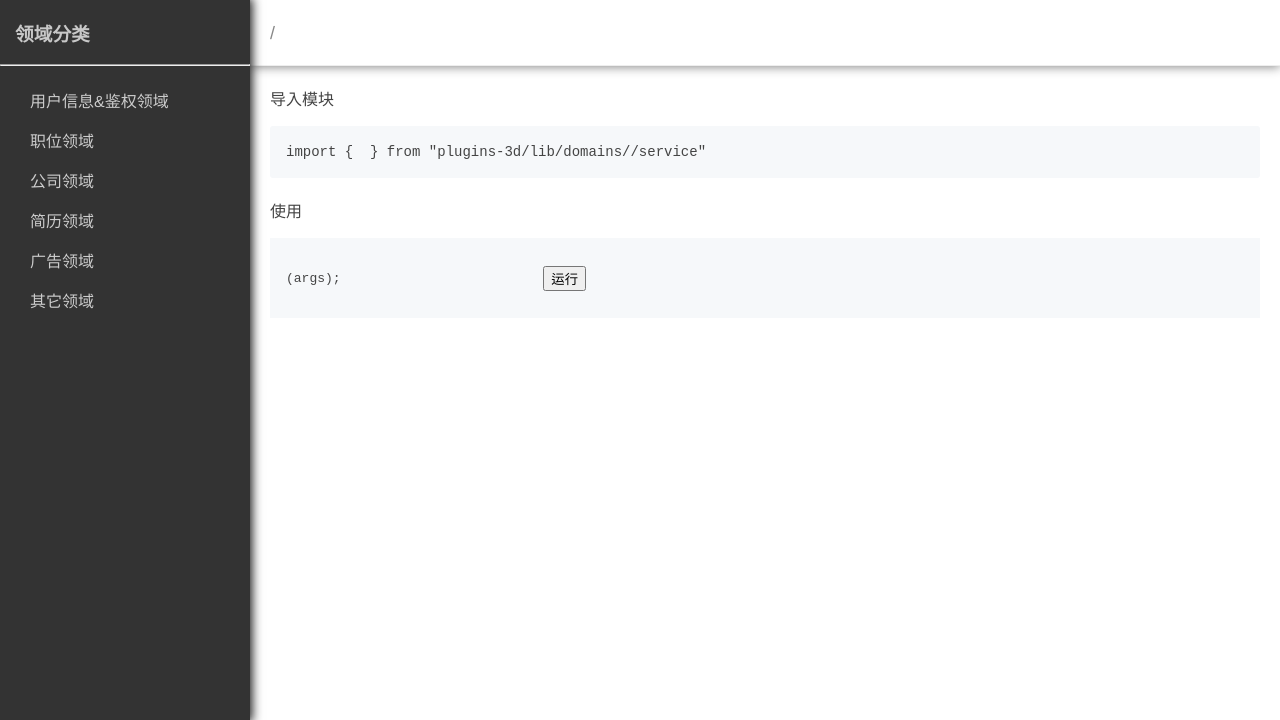
Repository: lsliangshan/inig-3d-doc
Page: /detail
An editor plug-in stored every save of this project. The page is shown before and after the next save, followed by the edit.
The browser window is 1280 px wide. The pictures show the whole page.
An inner scrolling area shows only its first screen. The project was rebuilt for these pictures with package versions that can differ from the ones it lists, and the page was loaded fresh each time. Also part of the build but not shown: vue.config.js, src/components/HelloWorld.vue, src/views/Home.vue, src/components/User.vue, src/components/Position.vue, src/components/Company.vue, src/components/Resume.vue, src/components/Ads.vue and 1 more. Imported but missing from the stored project, and not drawn on this page: ../plugins-3d/lib/domains/job/service, ../plugins-3d/lib/domains/user/service.

Above is the page before, as saved 2019-08-08 21:49:55.

### public/index.html
<!DOCTYPE html>
<html lang="en">
  <head>
    <meta charset="utf-8">
    <meta http-equiv="X-UA-Compatible" content="IE=edge">
    <meta name="viewport" content="width=device-width,initial-scale=1.0">
    <link rel="icon" href="<%= BASE_URL %>favicon.ico">
    <title>test-3d</title>
  </head>
  <body>
    <noscript>
      <strong>We're sorry but test-3d doesn't work properly without JavaScript enabled. Please enable it to continue.</strong>
    </noscript>
    <div id="app"></div>
    <!-- built files will be auto injected -->
  </body>
</html>

### src/App.vue
<template>
  <div id="app">
    <div class="nav">
      <h3>领域分类</h3>
      <hr>
      <ul>
        <li v-for="(domain, index) in menus"
            :key="index">
          <a href="javascript: void(0)"
             :class="{active: $route.params && (domain.name === $route.params.domain) }"
             @click="toggleMenu(index)">{{domain.label}}</a>
          <div class="sub_items"
               :style="{height: index === openedMenu ? (domain.children.length * 40 + (domain.children.length > 0 ? 20 : 0) + 'px') : 0}">
            <div class="sub_item_inner"
                 :style="{padding: domain.children.length > 0 ? '5px 15px' : '0'}">
              <div class="sub_item"
                   v-for="(item, index) in domain.children"
                   :key="index">
                <a href="javascript: void(0)"
                   :class="{active: $route.params.methods === item.name}"
                   @click="navigateTo(domain.name, item.name, item.params, item.label)">{{item.label}}</a>
              </div>
            </div>
          </div>
        </li>
      </ul>
    </div>
    <div class="content">
      <div class="inner">
        <router-view :params="currentParems" />
      </div>
    </div>
    <all-svgs></all-svgs>
  </div>
</template>
<script>
  export default {
    name: 'App',
    components: {
      AllSvgs: () => import('./Svgs')
    },
    data () {
      return {
        openedMenu: -1,
        activeSubMenu: '',
        currentParems: {},
        menus: [
          {
            label: '用户信息&鉴权领域',
            name: 'user',
            children: [
              {
                label: '登录',
                name: 'login',
                params: {
                  'username': {
                    type: 'String',
                    default: 'ls',
                    label: '用户名'
                  },
                  'password': {
                    type: 'String',
                    default: '123123',
                    label: '密码'
                  }
                }
              },
              {
                label: '注册',
                name: 'register',
                params: {}
              },
              {
                label: '获取用户详情',
                name: 'getUserDetail',
                params: {}
              }
            ]
          },
          {
            label: '职位领域',
            name: 'job',
            children: [
              {
                label: '获取职位详情',
                name: 'requestJobDetail',
                params: {
                  'number': {
                    type: 'String',
                    default: '',
                    label: '职位详情'
                  }
                }
              },
              {
                label: '获取相似职位',
                name: 'requestSimilarJobs',
                params: {
                  'number': {
                    type: 'String',
                    default: '',
                    label: '职位详情'
                  }
                }
              },
              {
                label: '获取在招职位',
                name: 'requestAreaJobs',
                params: {
                  'number': {
                    type: 'String',
                    default: '',
                    label: '职位详情'
                  }
                }
              },
              {
                label: '获取在招职位所在城市',
                name: 'requestAreaJobCity',
                params: {
                  'number': {
                    type: 'String',
                    default: '',
                    label: '职位详情'
                  }
                }
              },
              {
                label: '收藏职位',
                name: 'requestJobCollection',
                params: {
                  'number': {
                    type: 'String',
                    default: '',
                    label: '职位详情'
                  }
                }
              },
              {
                label: '投递职位',
                name: 'requestJobDeliver',
                params: {
                  'number': {
                    type: 'String',
                    default: '',
                    label: '职位详情'
                  }
                }
              },
              {
                label: '获取职位投递状态',
                name: 'requestJobDeliverStatus',
                params: {
                  'number': {
                    type: 'String',
                    default: '',
                    label: '职位详情'
                  }
                }
              },
              {
                label: '获取最佳雇主',
                name: 'requestBestEmployer',
                params: {
                  'number': {
                    type: 'String',
                    default: '',
                    label: '职位详情'
                  }
                }
              },
              {
                label: '获取最佳雇主评论',
                name: 'requestBestEmployerComment',
                params: {
                  'number': {
                    type: 'String',
                    default: '',
                    label: '职位详情'
                  }
                }
              },
              {
                label: '获取职位的小程序二维码',
                name: 'requestJobMpQrcode',
                params: {
                  'number': {
                    type: 'String',
                    default: '',
                    label: '职位详情'
                  }
                }
              }
            ]
          },
          {
            label: '公司领域',
            name: 'company',
            children: [

            ]
          },
          {
            label: '简历领域',
            name: 'resume',
            children: [

            ]
          },
          {
            label: '广告领域',
            name: 'ads',
            children: [

            ]
          },
          {
            label: '其它领域',
            name: 'other',
            children: [

            ]
          }
        ]
      }
    },
    created () {
      this.openedMenu = this.findOpenedMenuIndex()
      this.currentParems = this.findCurrentParams()
    },
    methods: {
      toggleMenu (index) {
        this.openedMenu = (this.openedMenu === index ? -1 : index)
      },
      findCurrentParams () {
        let i = 0
        let menus = this.menus
        let outParams = []
        for (i; i < menus.length; i++) {
          if (menus[i].name != this.$route.params.domain) {
            continue
          } else {
            for (let j = 0; j < menus[i].children.length; j++) {
              if (menus[i].children[j].name !== this.$route.params.methods) {
                continue
              } else {
                outParams = menus[i].children[j].params
                j = menus[i].children.length
              }
            }
          }
        }
        return outParams
      },
      findOpenedMenuIndex () {
        let i = 0
        let outIndex = -1
        let menus = this.menus
        for (i; i < menus.length; i++) {
          if (this.$route.params.domain === menus[i].name) {
            outIndex = i
            i = menus.length
          }
        }
        return outIndex
      },
      navigateTo (domain, methods, params, label) {
        this.currentParems = params
        document.title = label
        this.$router.replace({
          path: '/' + domain + '/' + methods
        })
      }
    }
  }
</script>

<style>
  body,
  html {
    width: 100%;
    height: 100%;
    padding: 0;
    margin: 0;
  }
  #app {
    font-family: "Avenir", Helvetica, Arial, sans-serif;
    -webkit-font-smoothing: antialiased;
    -moz-osx-font-smoothing: grayscale;
    color: #2c3e50;
    width: 100%;
    height: 100%;
    display: flex;
    flex-direction: row;
  }
  .nav {
    width: 250px;
    height: 100%;
    background-color: #333;
    box-shadow: 0 0 10px 2px #111;
    z-index: 2;
  }
  .nav h3 {
    padding: 0 15px;
    box-sizing: border-box;
    color: #c8c8c8;
  }
  .nav ul {
    height: calc(100% - 100px);
    overflow-y: auto;
  }
  .nav ul li {
    list-style: none;
  }
  .nav ul li {
    position: relative;
    /* height: 48px; */
    display: flex;
    flex-direction: column;
  }
  .nav ul li > a {
    line-height: 40px;
    color: #ccc;
    text-decoration: none;
    transition: color 0.1s ease-in-out;
  }
  .nav ul li > a:hover {
    color: #aaa;
  }
  .nav ul li > a.active {
    color: #42b983 !important;
  }
  .nav ul {
    padding-left: 30px;
  }
  .nav .sub_items {
    width: 100%;
    transition: all 0.25s cubic-bezier(0.215, 0.61, 0.355, 1);
    transform-origin: 50% 0;
    overflow: hidden;
  }
  .nav .sub_items .sub_item_inner {
    box-sizing: border-box;
    background-color: #383838;
    border-radius: 5px;
    box-shadow: 0 0 10px #303030 inset;
  }
  .nav .sub_items .sub_item_inner .sub_item > a {
    display: flex;
    font-size: 14px;
    color: #888;
    line-height: 40px;
    text-decoration: none;
    transition: all 0.1s linear;
  }
  .nav .sub_items .sub_item_inner .sub_item > a:hover {
    color: #ccc;
  }
  .nav .sub_items .sub_item_inner .sub_item > a.active {
    color: #42b983 !important;
    font-size: 15px;
  }

  .content {
    flex: 1;
    height: 100%;
    overflow-y: auto;
    /* padding: 15px; */
    box-sizing: border-box;
    display: flex;
    flex-direction: row;
    align-items: flex-start;
  }
  .content .inner {
    width: 100%;
    height: 100%;
  }
</style>

### src/router.js
import Vue from 'vue'
import Router from 'vue-router'
import Home from './views/Home.vue'
import DomainUser from './components/User'
import DomainPosition from './components/Position'
import DomainCompany from './components/Company'
import DomainResume from './components/Resume'
import DomainAds from './components/Ads'
import DomainOther from './components/Other'

import DomainDetail from './components/Detail'

Vue.use(Router)

export default new Router({
  mode: 'history',
  base: process.env.BASE_URL,
  routes: [
    {
      path: '/',
      redirect: '/user'
    },
    {
      path: '/user',
      name: 'DomainUser',
      // route level code-splitting
      // this generates a separate chunk (about.[hash].js) for this route
      // which is lazy-loaded when the route is visited.
      // component: () => import(/* webpackChunkName: "about" */ './components/User.vue')
      component: DomainUser
    },
    {
      path: '/position',
      name: 'DomainPosition',
      component: DomainPosition
    },
    {
      path: '/company',
      name: 'DomainCompany',
      component: DomainCompany
    },
    {
      path: '/resume',
      name: 'DomainResume',
      component: DomainResume
    },
    {
      path: '/ads',
      name: 'DomainAds',
      component: DomainAds
    },
    {
      path: '/other',
      name: 'DomainOther',
      component: DomainOther
    },
    {
      path: '/:domain/:methods',
      name: 'Detail',
      component: DomainDetail
    },
    {
      path: '/detail',
      name: 'Detail2',
      component: DomainDetail
    }
  ]
})

### src/Svgs.vue
<template>
  <svg xmlns="http://www.w3.org/2000/svg"
       xmlnsXlink="http://www.w3.org/1999/xlink"
       style="position: absolute; width: 0; height: 0">
    <defs>

      <symbol viewBox="0 0 1024 1024"
              id="copy">
        <path d="M672 832 224 832c-52.928 0-96-43.072-96-96L128 160c0-52.928 43.072-96 96-96l448 0c52.928 0 96 43.072 96 96l0 576C768 788.928 724.928 832 672 832zM224 128C206.368 128 192 142.368 192 160l0 576c0 17.664 14.368 32 32 32l448 0c17.664 0 32-14.336 32-32L704 160c0-17.632-14.336-32-32-32L224 128zM800 960 320 960c-17.664 0-32-14.304-32-32s14.336-32 32-32l480 0c17.664 0 32-14.336 32-32L832 256c0-17.664 14.304-32 32-32s32 14.336 32 32l0 608C896 916.928 852.928 960 800 960zM544 320 288 320c-17.664 0-32-14.336-32-32s14.336-32 32-32l256 0c17.696 0 32 14.336 32 32S561.696 320 544 320zM608 480 288.032 480c-17.664 0-32-14.336-32-32s14.336-32 32-32L608 416c17.696 0 32 14.336 32 32S625.696 480 608 480zM608 640 288 640c-17.664 0-32-14.304-32-32s14.336-32 32-32l320 0c17.696 0 32 14.304 32 32S625.696 640 608 640z"></path>
      </symbol>

      <symbol viewBox="0 0 1024 1024"
              id="play">
        <path d="M713.896 393.15l-240-158.691c-80.996-54.004-150-17.987-150 80.996v360c0 98.73 65.703 134.707 150 80.703l240-158.711c80.724-60 80.724-150 0-203.984v-0.313z"></path>
      </symbol>
    </defs>
  </svg>
</template>

### src/components/Detail.vue
<template>
  <div class="detail_container">
    <headers></headers>
    <div class="detail_content_container">
      <detail-content :params="params"></detail-content>
    </div>
    <!-- <p v-if="$route.params.domain">领域：{{$route.params.domain}}</p>
    <p v-if="$route.params.methods">方法：{{$route.params.methods}}</p> -->
  </div>
</template>
<style scoped>
  .detail_container {
    width: 100%;
    height: 100%;
  }
  .detail_content_container {
    width: 100%;
    height: calc(100% - 66px);
    box-sizing: border-box;
  }
</style>

<script>
  export default {
    name: 'Detail',
    components: {
      Headers: () => import('./parts/Headers.vue'),
      DetailContent: () => import('./parts/DetailContent.vue')
    },
    props: {
      params: {
        type: Object,
        default () {
          return {}
        }
      }
    },
    data () {
      return {}
    },
    mounted () {

    }
  }
</script>

### src/components/parts/Headers.vue
<template>
  <div class="detail_header">
    <a href="javascript: void(0)">{{$route.params.domain}} / {{$route.params.methods}}</a>
    <!-- <div class="detail_header_right">
      <div class="import_text"
           :class="{show: !miniScreen}"
           title="点击复制">
        import { {{$route.params.methods}} } from "plugins-3d/lib/domains/{{$route.params.domain}}/service"
      </div>
      <svg>
        <use xlink:href="#copy"></use>
      </svg>
    </div> -->
  </div>
</template>
<style scoped>
  .detail_header {
    position: sticky;
    top: 0;
    width: 100%;
    height: 66px;
    background-color: #fff;
    box-shadow: 0 1px 10px #888;
    padding: 0 20px;
    box-sizing: border-box;
    border-bottom: 1px solid #eee;
    display: flex;
    flex-direction: row;
    align-items: center;
    justify-content: space-between;
  }
  .detail_header a {
    max-width: 320px;
    height: 66px;
    font-size: 18px;
    color: #888;
    line-height: 40px;
    text-decoration: none;
    display: inline-flex;
    flex-direction: row;
    align-items: center;
    justify-content: flex-start;
  }
  .detail_header_right {
    height: 66px;
    width: calc(100% - 320px);
    display: inline-flex;
    flex-direction: row;
    align-items: center;
    justify-content: flex-end;
  }
  .import_text {
    max-width: 80%;
    margin-right: 15px;
    color: #888;
    text-align: right;
    transition: all 0.03s ease-in-out;
    opacity: 0;
  }
  .import_text.show {
    opacity: 1;
  }
  .detail_header_right svg {
    width: 24px;
    height: 24px;
    fill: #888;
    transition: all 0.2s linear;
    cursor: pointer;
  }
  .detail_header_right svg:hover {
    fill: #333;
  }
</style>

<script>
  export default {
    name: 'DetailHeader',
    props: {},
    data () {
      return {
        miniScreen: true
      }
    },
    mounted () {
      window.addEventListener('resize', this.resetMiniScreen, false)
    },
    methods: {
      resetMiniScreen () {
        this.miniScreen = (document.documentElement.offsetWidth < 1200)
      }
    }
  }
</script>

### src/components/parts/DetailContent.vue
<template>
  <div class="detail_container">
    <div class="highlight">
      <p>导入模块</p>
      <div class="highlight_code">
        <pre>import { {{$route.params.methods}} } from "plugins-3d/lib/domains/{{$route.params.domain}}/service"</pre>
        <svg>
          <use xlink:href="#copy"></use>
        </svg>
      </div>
    </div>
    <div class="highlight">
      <p>使用</p>
      <!-- <pre>{{JSON.stringify(params, null, 2)}}</pre> -->
      <div class="form_container">
        <form class="methods_form"
              action="javascript:void(0)">
          <div class="form_item"
               v-for="(value, key) in params"
               :key="key">
            <label :for="key">{{value.label}}
              <!-- <pre style="display: inline;">&#9;</pre> -->
            </label>
            <input type="text"
                   class="custom_input"
                   :id="key"
                   :value="value.default"
                   :placeholder="'请输入' + value.label"
                   :name="key" />
          </div>
          <div class="form_footer">
            <code>{{$route.params.methods}}(args);</code>
            <button>运行</button>
          </div>
        </form>
      </div>
    </div>
    <div class="detail_content"
         style="height: 2000px;"></div>
  </div>
</template>
<style scoped>
  .detail_container {
    width: 100%;
    height: 100%;
    color: #444;
    overflow: auto;
  }
  .import_text {
    position: sticky;
    left: 0;
    top: 0;
    width: 100%;
    height: 48px;
    padding: 0 20px;
    box-sizing: border-box;
    display: flex;
    flex-direction: row;
    align-items: center;
    justify-content: flex-start;
    background-color: #ffffff;
  }
  .highlight {
    padding: 0 20px;
    margin-top: 20px;
    box-sizing: border-box;
  }
  .highlight_code {
    position: relative;
  }
  .highlight_code pre {
    background-color: #f6f8fa;
    border-radius: 3px;
    font-size: 14px;
    line-height: 1.45;
    overflow: auto;
    padding: 16px;
  }
  .highlight_code svg {
    fill: #444;
    position: absolute;
    top: 5px;
    right: 5px;
    width: 20px;
    height: 20px;
    display: flex;
    flex-direction: row;
    align-items: center;
    justify-content: center;
    cursor: pointer;
    opacity: 0;
    transition: all 0.2s ease-in-out;
  }
  .highlight_code:hover svg {
    opacity: 1;
  }

  .form_container {
    width: 100%;
    padding: 16px;
    box-sizing: border-box;
    background-color: #f6f8fa;
  }
  .methods_form {
    width: 300px;
    display: flex;
    flex-direction: column;
  }
  .methods_form .form_item {
    width: 100%;
    margin: 10px 0;
    display: flex;
    flex-direction: row;
    align-items: center;
    justify-content: space-between;
  }
  .custom_input {
    display: inline-block;
    width: 200px;
    height: 32px;
    line-height: 1.5;
    padding: 4px 7px;
    box-sizing: border-box;
    font-size: 14px;
    border: 1px solid #dcdee2;
    border-radius: 4px;
    color: #515a6e;
    background-color: #fff;
    background-image: none;
    position: relative;
    cursor: text;
    transition: border 0.2s ease-in-out, background 0.2s ease-in-out,
      box-shadow 0.2s ease-in-out;
  }
  .form_footer {
    width: 300px;
    height: 48px;
    display: flex;
    flex-direction: row;
    align-items: center;
    justify-content: space-between;
  }
</style>

<script>
  export default {
    name: 'DetailContent',
    props: {
      params: {
        type: Object,
        default () {
          return {}
        }
      }
    },
    data () {
      return {}
    }
  }
</script>

Loaded but not shown: src/main.js (common file); src/store.js (common file)

After the next save:
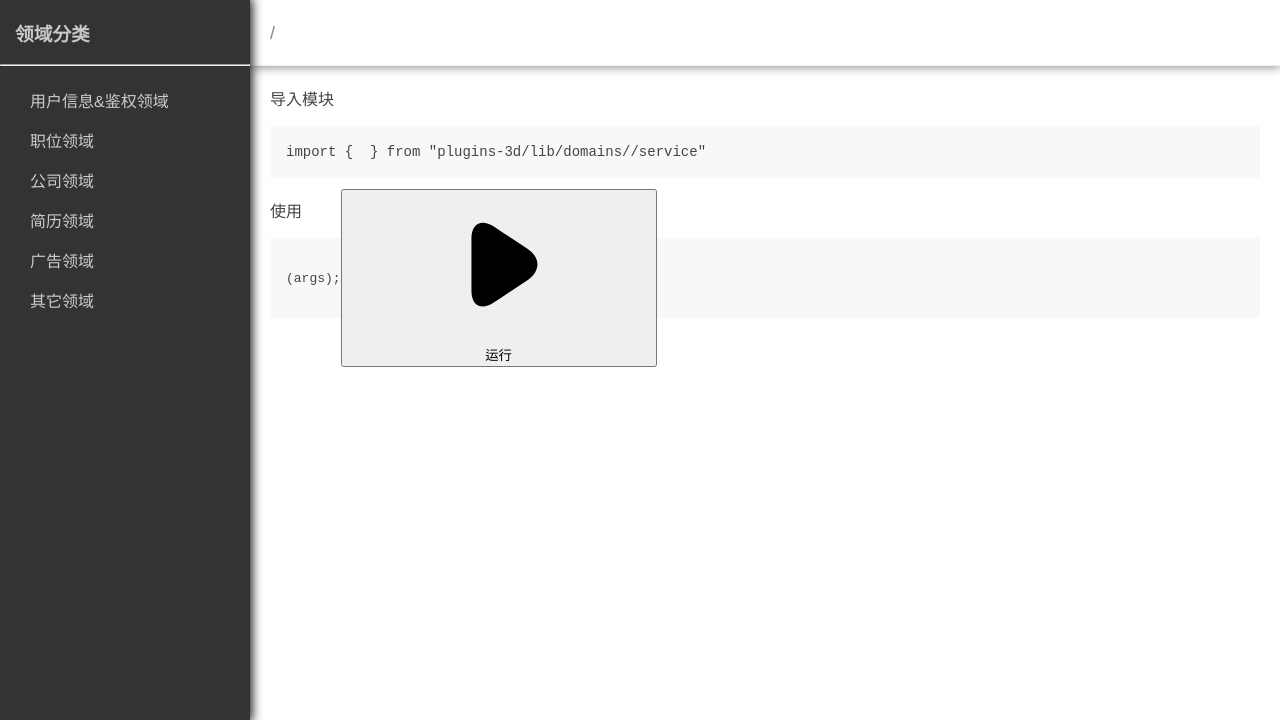
Saved 21 s later.
--- a/src/components/parts/DetailContent.vue
+++ b/src/components/parts/DetailContent.vue
@@ -30,7 +30,12 @@
           </div>
           <div class="form_footer">
             <code>{{$route.params.methods}}(args);</code>
-            <button>运行</button>
+            <button>
+              <svg>
+                <use xlink:href="#play"></use>
+              </svg>
+              运行
+            </button>
           </div>
         </form>
       </div>

After the save that followed:
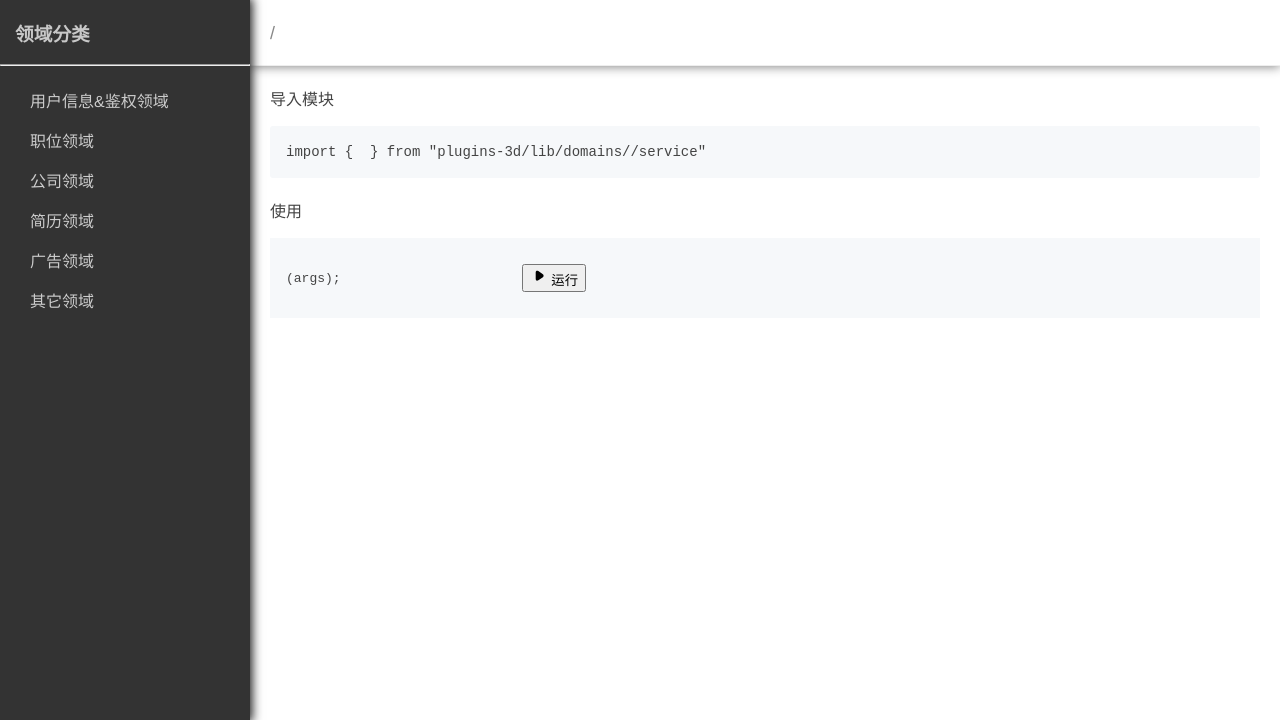
Saved 44 s later.
--- a/src/components/parts/DetailContent.vue
+++ b/src/components/parts/DetailContent.vue
@@ -30,7 +30,7 @@
           </div>
           <div class="form_footer">
             <code>{{$route.params.methods}}(args);</code>
-            <button>
+            <button class="btn_run">
               <svg>
                 <use xlink:href="#play"></use>
               </svg>
@@ -145,6 +145,12 @@
     align-items: center;
     justify-content: space-between;
   }
+  .form_footer .btn_run {
+  }
+  .form_footer .btn_run svg {
+    width: 18px;
+    height: 18px;
+  }
 </style>
 
 <script>
